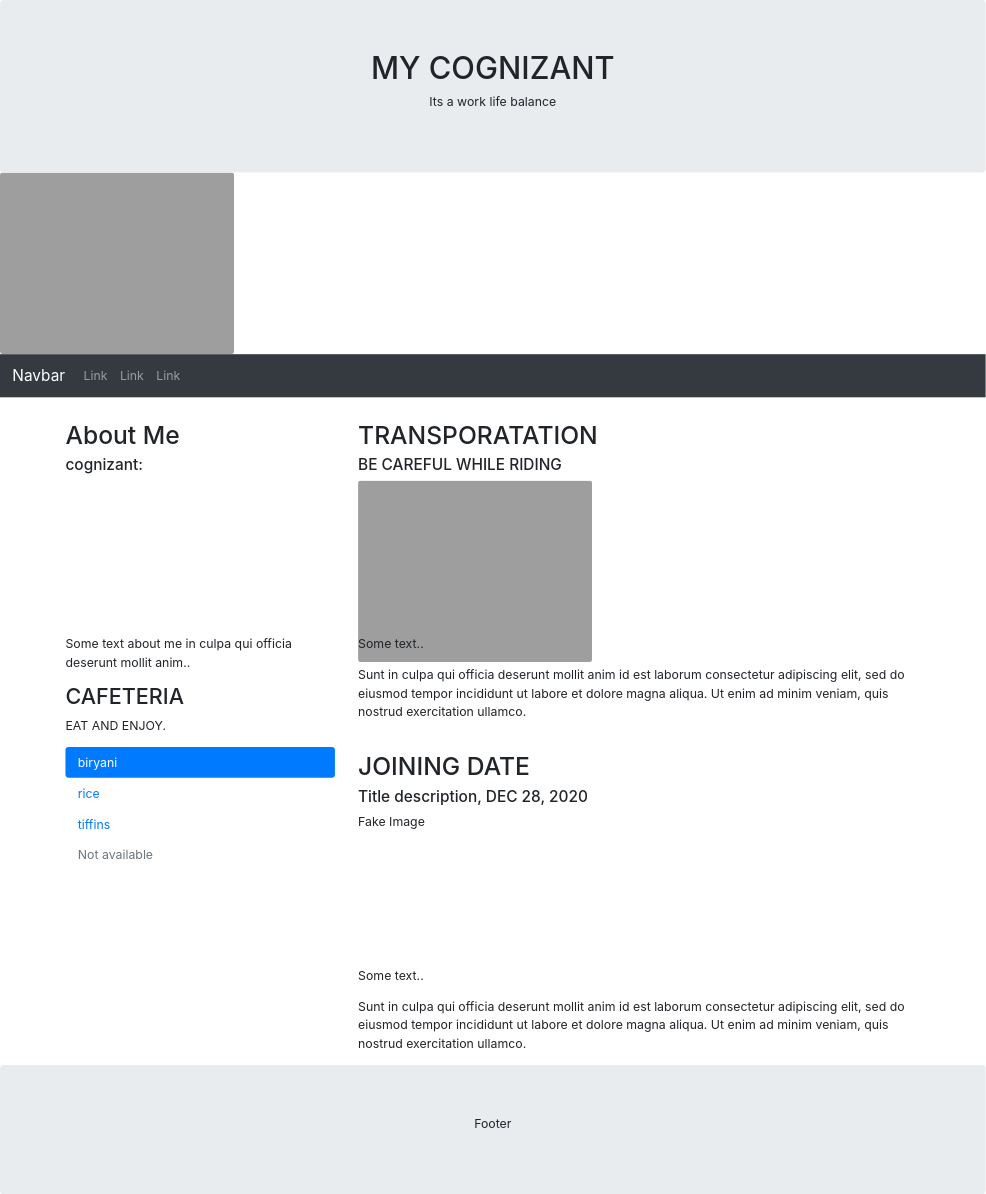
Repository: suvarsha/cognizant-projects
Page: BootStramp1/WebContent/first.html
The author's editor kept a copy of each file at every save. The page is drawn from the files as they stood at one save, then again after the next save.
The browser window is 1280 px wide. The pictures show the whole page, at 77% of full size.
Pictures or frames that could not be fetched are drawn as grey boxes.

Above is the page before, as saved 2020-01-18 11:46:28.

After the next save:
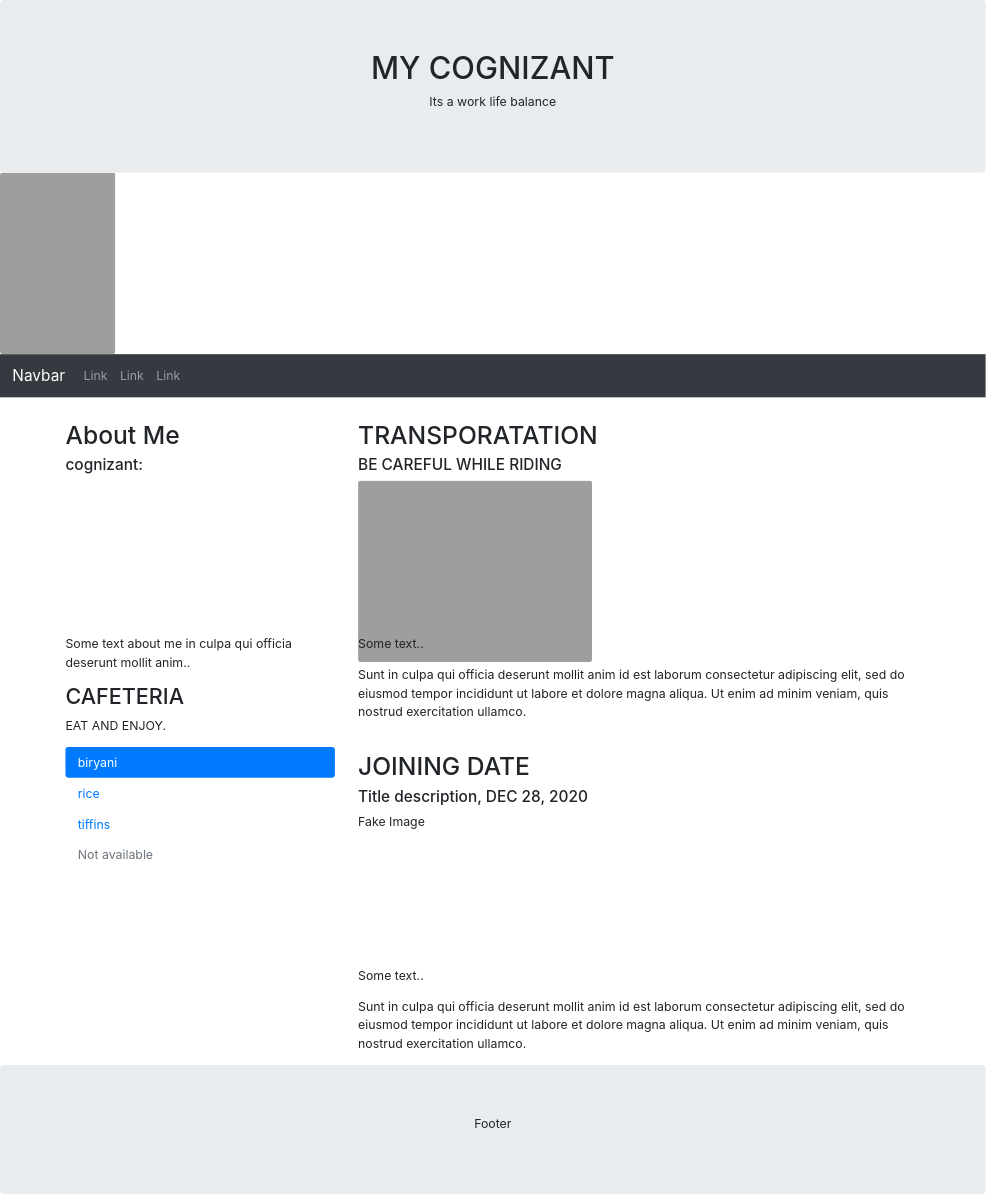
Saved 22 s later.
--- a/BootStramp1/WebContent/first.html
+++ b/BootStramp1/WebContent/first.html
@@ -21,7 +21,7 @@
   <h1>MY COGNIZANT</h1>
   <p>Its a  work life balance</p>
 </div>
-<img src="C:\cognizant\BootStramp1\WebContent\image\download (1).jpg" class="rounded" alt="Cinque Terre" width="304" height="236"></div>
+<img src="C:\cognizant\BootStramp1\WebContent\image\download (1).jpg" class="rounded" alt="Cinque Terre" width="150" height="236"></div>
 <nav class="navbar navbar-expand-sm bg-dark navbar-dark">
   <a class="navbar-brand" href="#">Navbar</a>
   <button class="navbar-toggler" type="button" data-toggle="collapse" data-target="#collapsibleNavbar">
